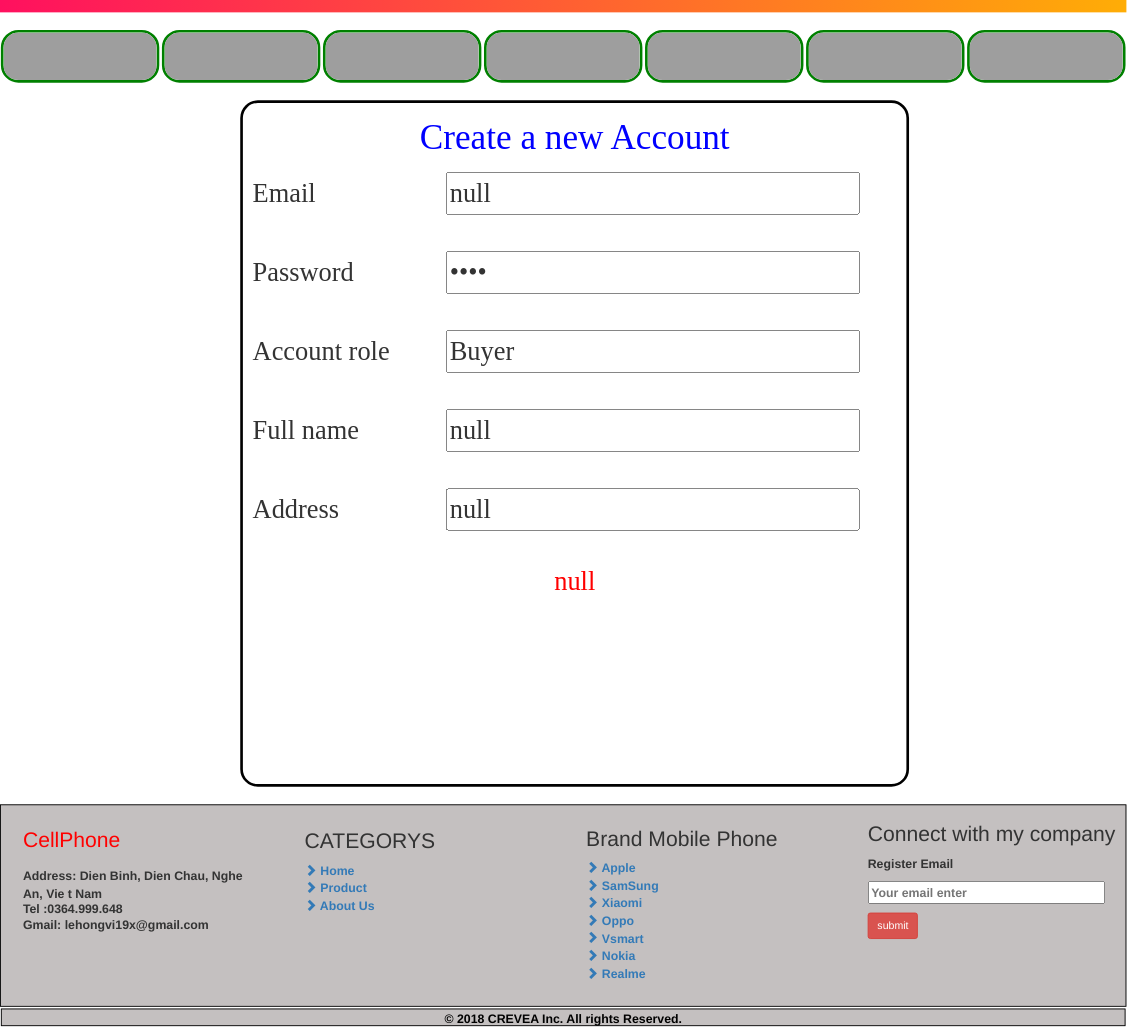
Repository: volhfx07132/Project-1
Page: http://localhost/PRJ321x_ASM3_Le_Hong_Vo/register.jsp
These files come from the project's save history. The page is drawn as it stood at one moment and after the next save; the edit follows.
The browser window is 1280 px wide. The page is 1296 px wide, so the pictures cover 1296 px, including what lies to the right of the window. The pictures show the part of the page from y = 358 to 1525 px (the page is 1525 px tall), at 88% of full size.
Pictures or frames that could not be fetched are drawn as grey boxes. The page is served by Tomcat 9. The template is opened directly, without the code that normally fills it, so the values that code supplies are empty.

Above is the page before, as saved 2021-09-13 15:59:15.

After the next save:
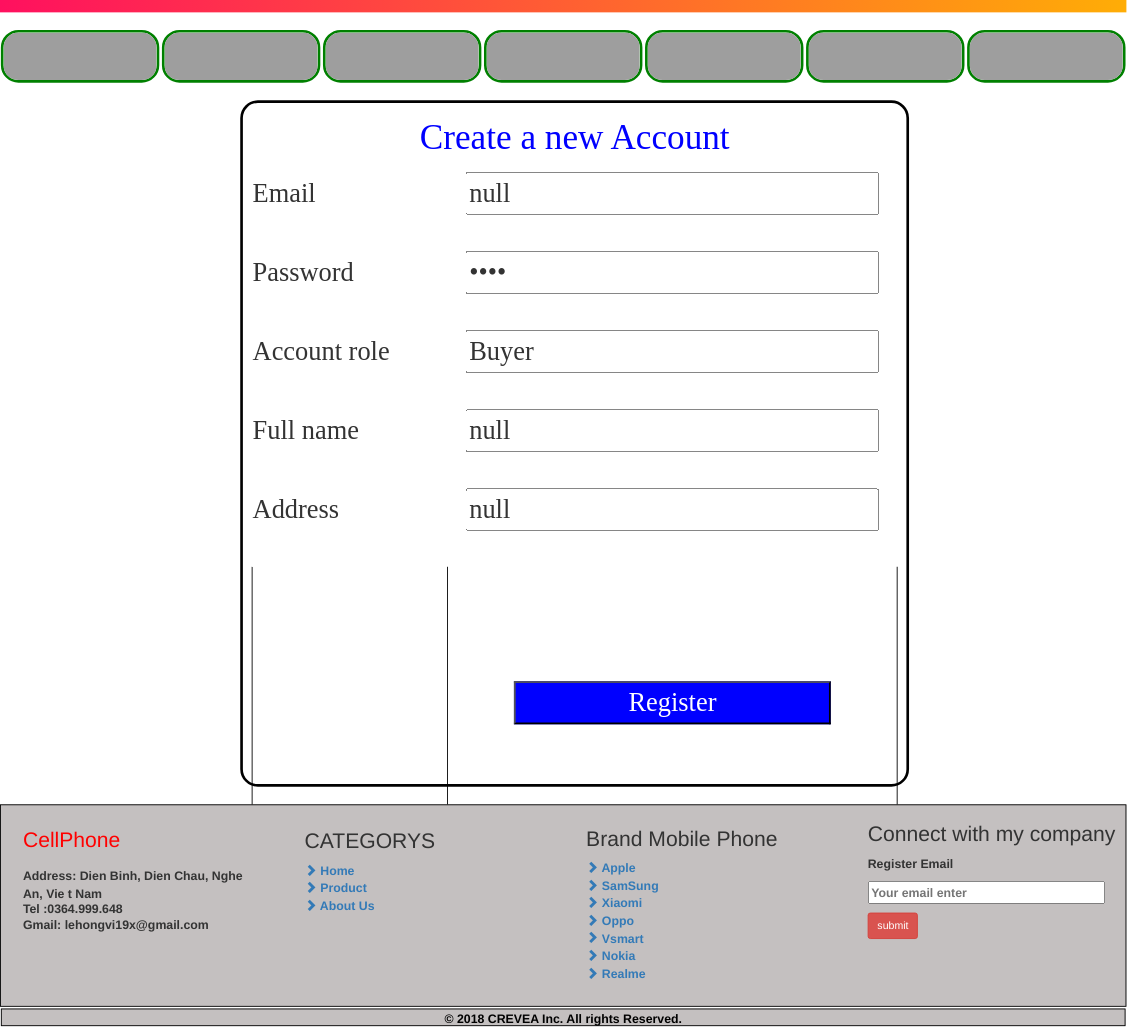
Saved 26 s later.
--- a/PRJ321x_ASM3_Le_Hong_Vo/src/main/webapp/register.jsp
+++ b/PRJ321x_ASM3_Le_Hong_Vo/src/main/webapp/register.jsp
@@ -53,7 +53,14 @@
                     </td>
                 </tr>
 
+                <tr class="table_action_login">
+                    <td class="td_named">
 
+                    </td>
+                    <td class="td_actiond">
+                        <input class="input_action_button" type="submit" value="Register">
+                    </td>
+                </tr>
 
              </thead>
          </table>

After the save that followed:
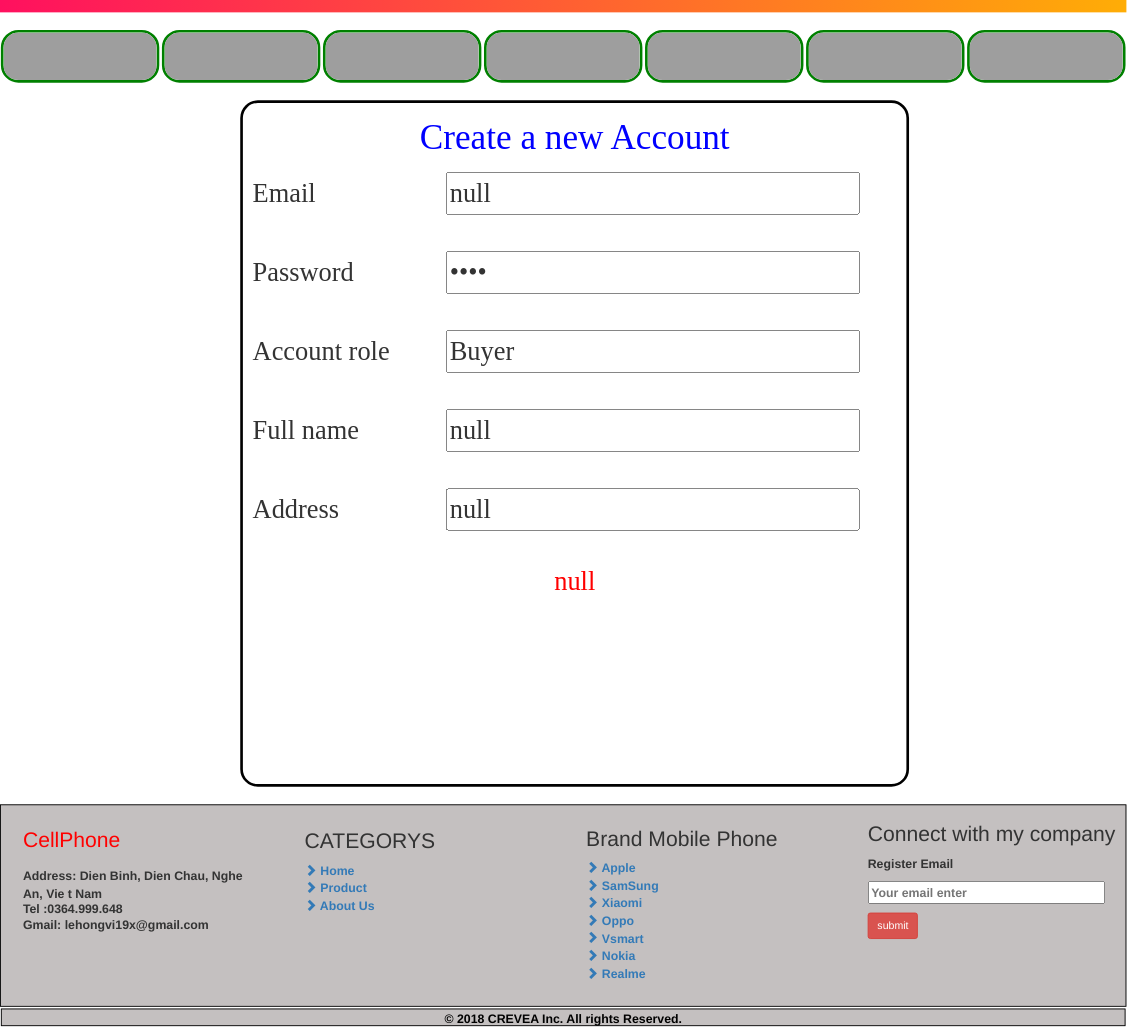
Saved 41 s later.
--- a/PRJ321x_ASM3_Le_Hong_Vo/src/main/webapp/register.jsp
+++ b/PRJ321x_ASM3_Le_Hong_Vo/src/main/webapp/register.jsp
@@ -53,14 +53,7 @@
                     </td>
                 </tr>
 
-                <tr class="table_action_login">
-                    <td class="td_named">
 
-                    </td>
-                    <td class="td_actiond">
-                        <input class="input_action_button" type="submit" value="Register">
-                    </td>
-                </tr>
 
              </thead>
          </table>
